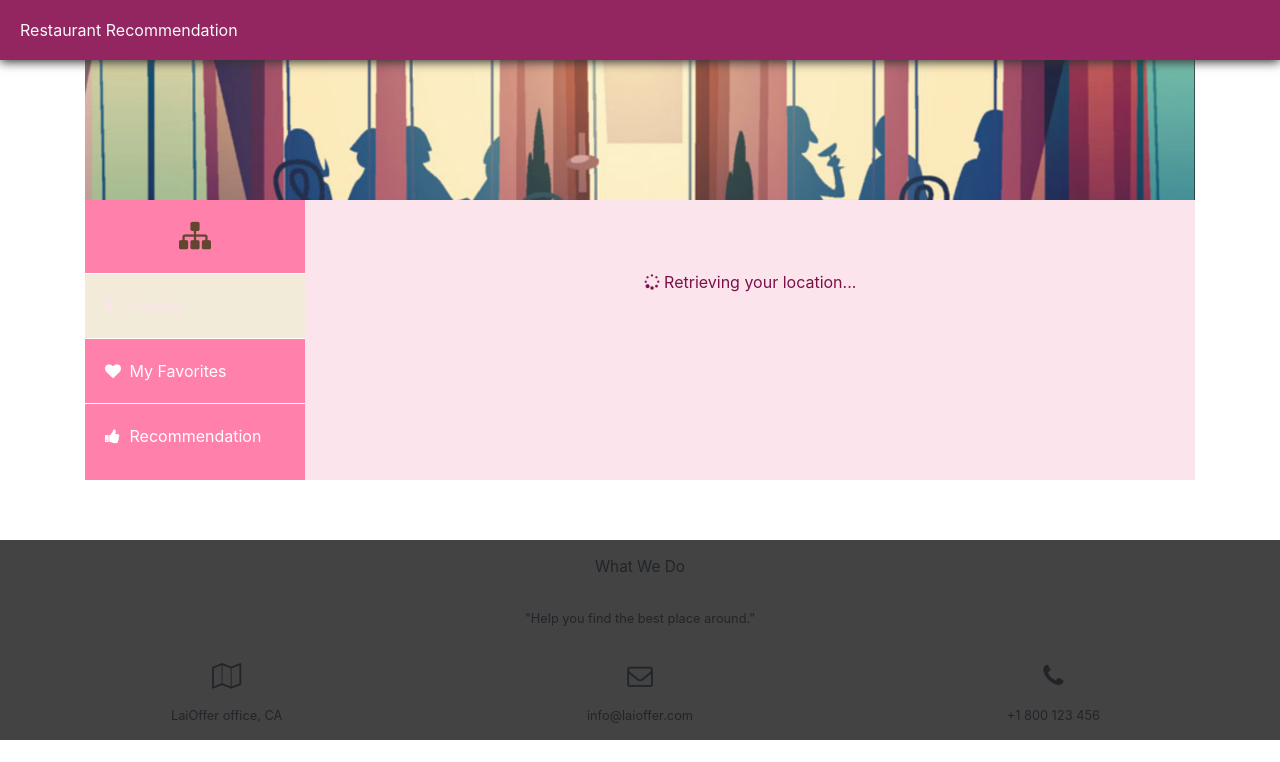
Repository: bchenSyr/restaurant-recommend
Page: http://localhost/YelpRecommend/
These files come from the project's save history. The page is drawn as it stood at one moment and after the next save; the edit follows.
The browser window is 1280 px wide. The pictures show the whole page.
Some web libraries are served in a nearby version. The page is served by Tomcat 9. Other server files are loaded and not shown.

Above is the page before, as saved 2018-09-17 06:46:32.

### YelpRecommend/WebContent/index.html
<!DOCTYPE html>
<html>
<head>
    <!-- Required meta tags always come first -->
    <meta charset="UTF-8">
    <meta name="description" content="Item Recommendation">
    <meta name="author" content="Your Name">

    <!-- Bootstrap CSS -->
    <link rel="stylesheet" href="styles/main.css">
    <link href='https://fonts.googleapis.com/css?family=Open+Sans:400,300,700' rel='stylesheet' type='text/css'>
    <link rel="stylesheet" href="https://maxcdn.bootstrapcdn.com/font-awesome/4.5.0/css/font-awesome.min.css">
    <link rel="stylesheet" href="https://stackpath.bootstrapcdn.com/bootstrap/4.1.3/css/bootstrap.min.css" integrity="sha384-MCw98/SFnGE8fJT3GXwEOngsV7Zt27NXFoaoApmYm81iuXoPkFOJwJ8ERdknLPMO" crossorigin="anonymous">

    <title>Restaurant Recommendation Final</title>
</head>
<body>
   <header class="top-header">
    <nav class="top-nav">
      <a href="#"> Restaurant Recommendation </a>
    </nav>

<!--      <span id="welcome-msg"></span>
     <i id="avatar" class="avatar fa fa-user fa-2x"></i> -->

  </header>

  <div class="container">
    <header>
<!--       <p>
        <span>Restaurant</span>
        <br /> Recommendation
      </p> -->
    </header>

    <section class="main-section">
      <aside id="item-nav">
        <div class="nav-icon">
          <i class="fa fa-sitemap fa-2x"></i>
        </div>
        <nav class="main-nav">
          <a href="#" id="nearby-btn" class="main-nav-btn active">
            <i class="fa fa-map-marker"></i> Nearby
          </a>
          <a href="#" id="fav-btn" class="main-nav-btn">
            <i class="fa fa-heart"></i> My Favorites
          </a>
          <a href="#" id="recommend-btn" class="main-nav-btn">
            <i class="fa fa-thumbs-up"></i> Recommendation
          </a>
        </nav>
      </aside>

      <ul id="item-list">
        <li class="item">
          <img alt="item image" src="https://s3-media3.fl.yelpcdn.com/bphoto/EmBj4qlyQaGd9Q4oXEhEeQ/ms.jpg" />
          <div>
            <a class="item-name" href="#">Item</a>
            <p class="item-category">Vegetarian</p>
            <div class="stars">
              <i class="fa fa-star"></i>
              <i class="fa fa-star"></i>
              <i class="fa fa-star"></i>
            </div>
          </div>
          <p class="item-address">699 Calderon Ave<br/>Mountain View<br/> CA</p>
          <div class="fav-link">
            <i class="fa fa-heart"></i>
          </div>
        </li>
      </ul>
    </section>
  </div>

  <footer>
    <p class="title">What We Do</p>
    <p>"Help you find the best place around."</p>
    <ul>
      <li>
        <p><i class="fa fa-map-o fa-2x"></i></p>
        <p>LaiOffer office, CA</p>
      </li>
      <li>
        <p><i class="fa fa-envelope-o fa-2x"></i></p>
        <p>info@laioffer.com</p>
      </li>
      <li>
        <p><i class="fa fa-phone fa-2x"></i></p>
        <p>+1 800 123 456</p>
      </li>
    </ul>
  </footer>

  <script src="https://rawgit.com/emn178/js-md5/master/build/md5.min.js"></script>
  <!-- <script src="scripts/mock.js"></script> -->

  <!-- Bootstrap -->
  <script src="https://code.jquery.com/jquery-3.3.1.slim.min.js" integrity="sha384-q8i/X+965DzO0rT7abK41JStQIAqVgRVzpbzo5smXKp4YfRvH+8abtTE1Pi6jizo" crossorigin="anonymous"></script>
  <script src="https://cdnjs.cloudflare.com/ajax/libs/popper.js/1.14.3/umd/popper.min.js" integrity="sha384-ZMP7rVo3mIykV+2+9J3UJ46jBk0WLaUAdn689aCwoqbBJiSnjAK/l8WvCWPIPm49" crossorigin="anonymous"></script>
  <script src="https://stackpath.bootstrapcdn.com/bootstrap/4.1.3/js/bootstrap.min.js" integrity="sha384-ChfqqxuZUCnJSK3+MXmPNIyE6ZbWh2IMqE241rYiqJxyMiZ6OW/JmZQ5stwEULTy" crossorigin="anonymous"></script>

  <script src="scripts/main.js"></script>

</body>
</html>

### YelpRecommend/WebContent/styles/main.css
* {
	box-sizing: border-box;
	margin: 0;
	padding: 0;
}

body {
	background-color: #F8BBD0;
	color: #FFFFFF;
	/* font-family: 'Open Sans', sans-serif; */
	font-weight: 300;
	font-size: 0.9em;
}

ul {
	list-style: none;
}

/**
 * top header
 */
.top-header {
	align-items: center;
	/* background: #DF574B; */
	background: rgba(136, 14, 79, 0.9);
	box-shadow: 0px 2px 10px #333333;
	display: flex;
	height: 60px;
	position: fixed;
	top: 0;
	width: 100%;
	z-index: 1;
}

.avatar {
	background: #FFFFFF;
	border-radius: 50%;
	color: #333C4D;
	height: 40px;
	margin-right: 20px;
	padding-left: 9px;
	padding-top: 5px;
	width: 40px;
}

/**
 * top navigation
 */
.top-nav {
	flex: 1;
}

 .top-nav a {
	color: #F9F9F9;
	font-weight: 400;
	margin-left: 20px;
	text-decoration: none;
}

#welcome-msg {
	border-right: 1px solid #FFFFFF;
	padding-right: 10px;
}

/**
 * main container
 */
.container {
	margin: 60px auto;
	max-width: 1000px;
	min-width: 600px;
}

/**
 * main header
 */
.container>header {
	align-items: center;
	background:
		/* url('http://prophoto.com.cy/wp-content/galleries/food/food-restaurant-photographer-cyprus-10.jpg') */
		url('../img/background-photo.png')
		no-repeat 50% 50%;
	background-size: 100%;
	display: flex;
	height: 140px;
}

.container>header p {
	background-color: rgba(255, 255, 255, 0.4);
	border-left: 1px solid #FFFFFF;
	font-weight: 400;
	font-size: 2.5em;
	line-height: 1em;
	/* margin-left: 220px; */
	margin: auto;
	padding-left: 25px;
}

.container>header span {
	/* color: #FBAF41; */
	color: #3700ff;
}

/**
 * main section
 */
.main-section {
	background: #ff80ab;
	min-height: 280px;
}

/**
 * aside
 */
#item-nav {
	float: left;
	width: 220px;
}

.nav-icon {
	color: #624630;
	padding: 20px;
	text-align: center;
}

/**
 * main navigation
 */
.main-nav-btn {
	background: none;
	border-top: 1px solid #FFFFFF;
	color: #FFFFFF;
	display: block;
	padding: 20px;
	text-align: left;
	text-decoration: none;
}

.main-nav-btn:hover {
	background: rgba(255, 255, 255, 0.8);
	color: #624630;
}

.main-nav-btn.active {
	background: #F2EBD9;
	color: #FCE4EC;
}

.main-nav-btn i {
	width: 20px;
}

/**
 * item list
 */
#item-list {
	background: #FCE4EC;
	color: #7b1049;
	list-style: none;
	margin-left: 220px;
	min-height: 280px;
	padding: 10px;
}

#item-list .notice {
	font-size: 16px;
	padding: 60px;
	text-align: center;
}

/**
 * item
 */
.item {
	align-items: center;
	border-bottom: 1px solid #FFFFFF;
	display: flex;
	margin: 10px;
	padding: 15px;
	transition: background-color 100ms linear;
}

.item:last-child {
	border: none;
}

.item:hover {
	background: rgba(255, 255, 255, 0.8);
	transition: background-color 100ms linear;
}

.item img {
	border: 1px solid #FFFFFF;
	height: 80px;
	width: 80px;
}

.item>div:first-of-type {
	flex: 1;
	margin-left: 10px;
	margin-right: 10px;
}

.item-name {
	color: #624630;
	font-weight: 400;
	text-decoration: none;
}

.item-name:hover {
	text-decoration: underline;
}

.item-address {
	line-height: 20px;
	padding-right: 20px;
	text-align: right;
}

.stars {
	align-items: center;
	display: flex;
	padding-top: 10px;
}

.fav-link {
	border-left: 1px solid #FFFFFF;
	cursor: pointer;
	line-height: 60px;
	text-align: center;
	width: 60px;
}

.fav-link:hover {
	color: #F13F3F;
}

/**
 * footer section
 */
footer {
	background: #434343;
	font-size: 0.8em;
	height: 200px;
	position: relative;
}

footer p {
	text-align: center;
}

footer p.title {
	font-size: 1.2em;
	padding: 15px;
}

footer ul {
	align-items: center;
	display: flex;
	padding: 20px;
}

footer ul li {
	flex: 1;
}

### YelpRecommend/WebContent/scripts/main.js
(function() {

    /**
     * Variables
     */
    var user_id = '1111';
    var user_fullname = 'Welcome';
    var lng = -122.08;
    var lat = 37.38;

    /**
     * Initialize
     */
    function init() {
        // Register event listeners
        $('nearby-btn').addEventListener('click', loadNearbyItems);
        $('fav-btn').addEventListener('click', loadFavoriteItems);
        $('recommend-btn').addEventListener('click', loadRecommendedItems);

//        var welcomeMsg = $('welcome-msg');
//        welcomeMsg.innerHTML = 'Welcome';
        initGeoLocation();
    }

    function initGeoLocation() {
        if (navigator.geolocation) {
            navigator.geolocation.getCurrentPosition(onPositionUpdated,
                onLoadPositionFailed, {
                    maximumAge: 60000
                });
            showLoadingMessage('Retrieving your location...');
        } else {
            onLoadPositionFailed();
        }
    }

    function onPositionUpdated(position) {
        lat = position.coords.latitude;
        lng = position.coords.longitude;

        loadNearbyItems();
    }

    function onLoadPositionFailed() {
        console.warn('navigator.geolocation is not available');
        getLocationFromIP();
    }

    function getLocationFromIP() {
        // Get location from http://ipinfo.io/json
        var url = 'http://ipinfo.io/json'
        var req = null;
        ajax('GET', url, req, function(res) {
            var result = JSON.parse(res);
            if ('loc' in result) {
                var loc = result.loc.split(',');
                lat = loc[0];
                lng = loc[1];
            } else {
                console.warn('Getting location by IP failed.');
            }
            loadNearbyItems();
        });
    }

    // -----------------------------------
    // Helper Functions
    // -----------------------------------

    /**
     * A helper function that makes a navigation button active
     *
     * @param btnId -
     *            The id of the navigation button
     */
    function activeBtn(btnId) {
        var btns = document.getElementsByClassName('main-nav-btn');

        // deactivate all navigation buttons
        for (var i = 0; i < btns.length; i++) {
            btns[i].className = btns[i].className.replace(/\bactive\b/, '');
        }

        // active the one that has id = btnId
        var btn = $(btnId);
        btn.className += ' active';
    }

    function showLoadingMessage(msg) {
        var itemList = $('item-list');
        itemList.innerHTML = '<p class="notice"><i class="fa fa-spinner fa-spin"></i> ' +
            msg + '</p>';
    }

    function showWarningMessage(msg) {
        var itemList = $('item-list');
        itemList.innerHTML = '<p class="notice"><i class="fa fa-exclamation-triangle"></i> ' +
            msg + '</p>';
    }

    function showErrorMessage(msg) {
        var itemList = $('item-list');
        itemList.innerHTML = '<p class="notice"><i class="fa fa-exclamation-circle"></i> ' +
            msg + '</p>';
    }

    /**
     * A helper function that creates a DOM element <tag options...>
     *
     * @param tag
     * @param options
     * @returns
     */
    function $(tag, options) {
        if (!options) {
            return document.getElementById(tag);
        }

        var element = document.createElement(tag);

        for (var option in options) {
            if (options.hasOwnProperty(option)) {
                element[option] = options[option];
            }
        }

        return element;
    }

    function hideElement(element) {
        element.style.display = 'none';
    }

    function showElement(element, style) {
        var displayStyle = style ? style : 'block';
        element.style.display = displayStyle;
    }

    /**
     * AJAX helper
     *
     * @param method -
     *            GET|POST|PUT|DELETE
     * @param url -
     *            API end point
     * @param callback -
     *            This the successful callback
     * @param errorHandler -
     *            This is the failed callback
     */
    function ajax(method, url, data, callback, errorHandler) {
        var xhr = new XMLHttpRequest();

        xhr.open(method, url, true);

        xhr.onload = function() {
        	if (xhr.status === 200) {
        		callback(xhr.responseText);
        	} else {
        		errorHandler();
        	}
        };

        xhr.onerror = function() {
            console.error("The request couldn't be completed.");
            errorHandler();
        };

        if (data === null) {
            xhr.send();
        } else {
            xhr.setRequestHeader("Content-Type",
                "application/json;charset=utf-8");
            xhr.send(data);
        }
    }

    // -------------------------------------
    // AJAX call server-side APIs
    // -------------------------------------

    /**
     * API #1 Load the nearby items API end point: [GET]
     * /Dashi/search?user_id=1111&lat=37.38&lon=-122.08
     */
    function loadNearbyItems() {
        console.log('loadNearbyItems');
        activeBtn('nearby-btn');

        // The request parameters
        var url = './search';
        var params = 'user_id=' + user_id + '&lat=' + lat + '&lon=' + lng;
        var req = JSON.stringify({});

        // display loading message
        showLoadingMessage('Loading nearby items...');

        // make AJAX call
        ajax('GET', url + '?' + params, req,
            // successful callback
            function(res) {
                var items = JSON.parse(res);
                if (!items || items.length === 0) {
                    showWarningMessage('No nearby item.');
                } else {
                    listItems(items);
                }
            },
            // failed callback
            function() {
                showErrorMessage('Cannot load nearby items.');
            });
    }

    /**
     * API #2 Load favorite (or visited) items API end point: [GET]
     * /Dashi/history?user_id=1111
     */
    function loadFavoriteItems() {
        activeBtn('fav-btn');

        // The request parameters
        var url = './history';
        var params = 'user_id=' + user_id;
        var req = JSON.stringify({});

        // display loading message
        showLoadingMessage('Loading favorite items...');

        // make AJAX call
        ajax('GET', url + '?' + params, req, function(res) {
            var items = JSON.parse(res);
            if (!items || items.length === 0) {
                showWarningMessage('No favorite item.');
            } else {
                listItems(items);
            }
        }, function() {
            showErrorMessage('Cannot load favorite items.');
        });
    }

    /**
     * API #3 Load recommended items API end point: [GET]
     * /Dashi/recommendation?user_id=1111
     */
    function loadRecommendedItems() {
        activeBtn('recommend-btn');

        // The request parameters
        var url = './recommendation';
        var params = 'user_id=' + user_id + '&lat=' + lat + '&lon=' + lng;

        var req = JSON.stringify({});

        // display loading message
        showLoadingMessage('Loading recommended items...');

        // make AJAX call
        ajax(
            'GET',
            url + '?' + params,
            req,
            // successful callback
            function(res) {
                var items = JSON.parse(res);
                if (!items || items.length === 0) {
                    showWarningMessage('No recommended item. Make sure you have favorites.');
                } else {
                    listItems(items);
                }
            },
            // failed callback
            function() {
                showErrorMessage('Cannot load recommended items.');
            });
    }

    /**
     * API #4 Toggle favorite (or visited) items
     *
     * @param item_id -
     *            The item business id
     *
     * API end point: [POST]/[DELETE] /Dashi/history request json data: {
     * user_id: 1111, visited: [a_list_of_business_ids] }
     */
    function changeFavoriteItem(item_id) {
        // Check whether this item has been visited or not
        var li = $('item-' + item_id);
        var favIcon = $('fav-icon-' + item_id);
        var favorite = li.dataset.favorite !== 'true';

        // The request parameters
        var url = './history';
        var req = JSON.stringify({
            user_id: user_id,
            favorite: [item_id]
        });
        var method = favorite ? 'POST' : 'DELETE';

        ajax(method, url, req,
            // successful callback
            function(res) {
                var result = JSON.parse(res);
                if (result.result === 'SUCCESS') {
                    li.dataset.favorite = favorite;
                    favIcon.className = favorite ? 'fa fa-heart' : 'fa fa-heart-o';
                }
            });
    }

    // -------------------------------------
    // Create item list
    // -------------------------------------

    /**
     * List items
     *
     * @param items -
     *            An array of item JSON objects
     */
    function listItems(items) {
        // Clear the current results
        var itemList = $('item-list');
        itemList.innerHTML = '';

        for (var i = 0; i < items.length; i++) {
            addItem(itemList, items[i]);
        }
    }

    /**
     * Add item to the list
     *
     * @param itemList -
     *            The
     *            <ul id="item-list">
     *            tag
     * @param item -
     *            The item data (JSON object)
     */
    function addItem(itemList, item) {
        var item_id = item.item_id;

        // create the <li> tag and specify the id and class attributes
        var li = $('li', {
            id: 'item-' + item_id,
            className: 'item'
        });

        // set the data attribute
        li.dataset.item_id = item_id;
        li.dataset.favorite = item.favorite;

        // item image
        if (item.image_url) {
            li.appendChild($('img', {
                src: item.image_url
            }));
        } else {
            li.appendChild($(
                'img', {
                    src: 'https://assets-cdn.github.com/images/modules/logos_page/GitHub-Mark.png'
                }))
        }
        // section
        var section = $('div', {});

        // title
        var title = $('a', {
            href: item.url,
            target: '_blank',
            className: 'item-name'
        });
        title.innerHTML = item.name;
        section.appendChild(title);

        // category
        var category = $('p', {
            className: 'item-category'
        });
        category.innerHTML = 'Category: ' + item.categories.join(', ');
        section.appendChild(category);

        // TODO(vincent). here we might have a problem showing 3.5 as 3.
        // stars
        var stars = $('div', {
            className: 'stars'
        });

        for (var i = 0; i < item.rating; i++) {
            var star = $('i', {
                className: 'fa fa-star'
            });
            stars.appendChild(star);
        }

        if (('' + item.rating).match(/\.5$/)) {
            stars.appendChild($('i', {
                className: 'fa fa-star-half-o'
            }));
        }

        section.appendChild(stars);

        li.appendChild(section);

        // address
        var address = $('p', {
            className: 'item-address'
        });

        address.innerHTML = item.address.replace(/,/g, '<br/>').replace(/\"/g,
            '');
        li.appendChild(address);

        // favorite link
        var favLink = $('p', {
            className: 'fav-link'
        });

        favLink.onclick = function() {
            changeFavoriteItem(item_id);
        };

        favLink.appendChild($('i', {
            id: 'fav-icon-' + item_id,
            className: item.favorite ? 'fa fa-heart' : 'fa fa-heart-o'
        }));

        li.appendChild(favLink);

        itemList.appendChild(li);
    }

    init();

})();

After the next save:
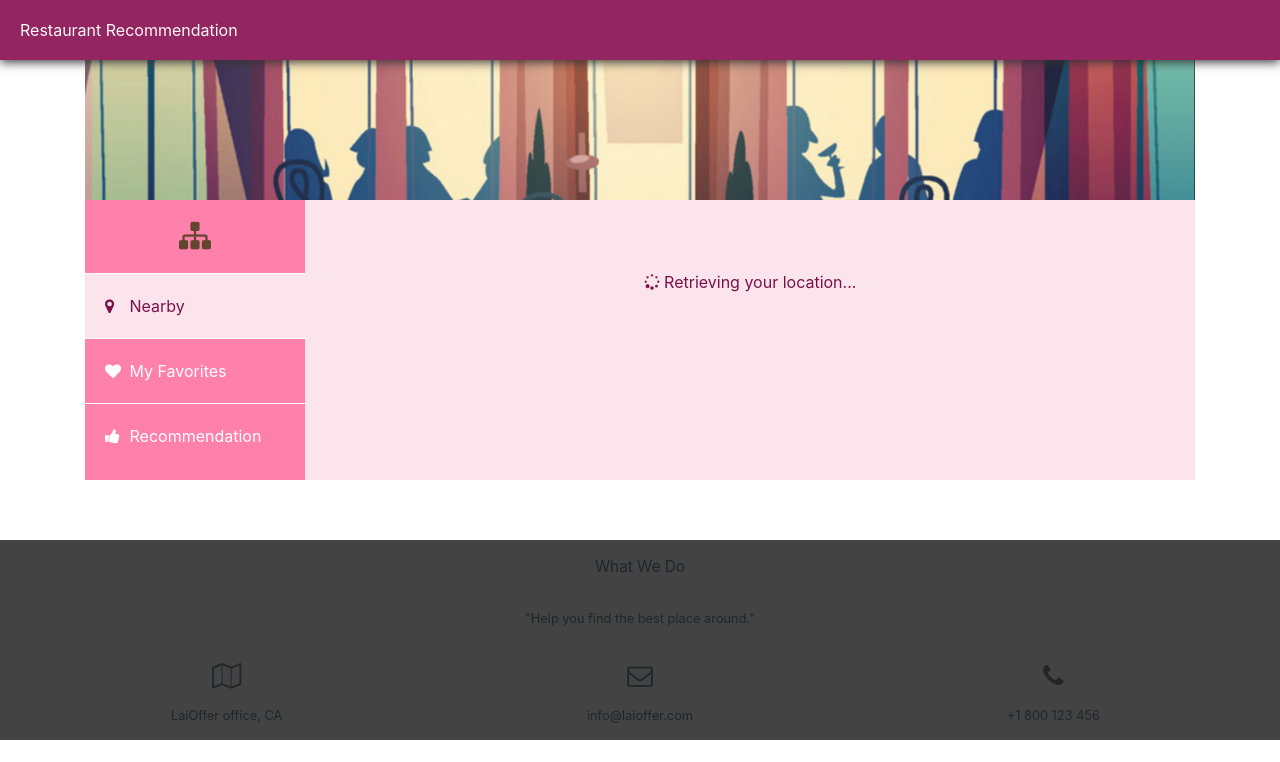
Saved 82 s later.
--- a/YelpRecommend/WebContent/styles/main.css
+++ b/YelpRecommend/WebContent/styles/main.css
@@ -142,8 +142,8 @@ ul {
 }
 
 .main-nav-btn.active {
-	background: #F2EBD9;
-	color: #FCE4EC;
+	background: #FCE4EC;
+	color: #7b1149;
 }
 
 .main-nav-btn i {
